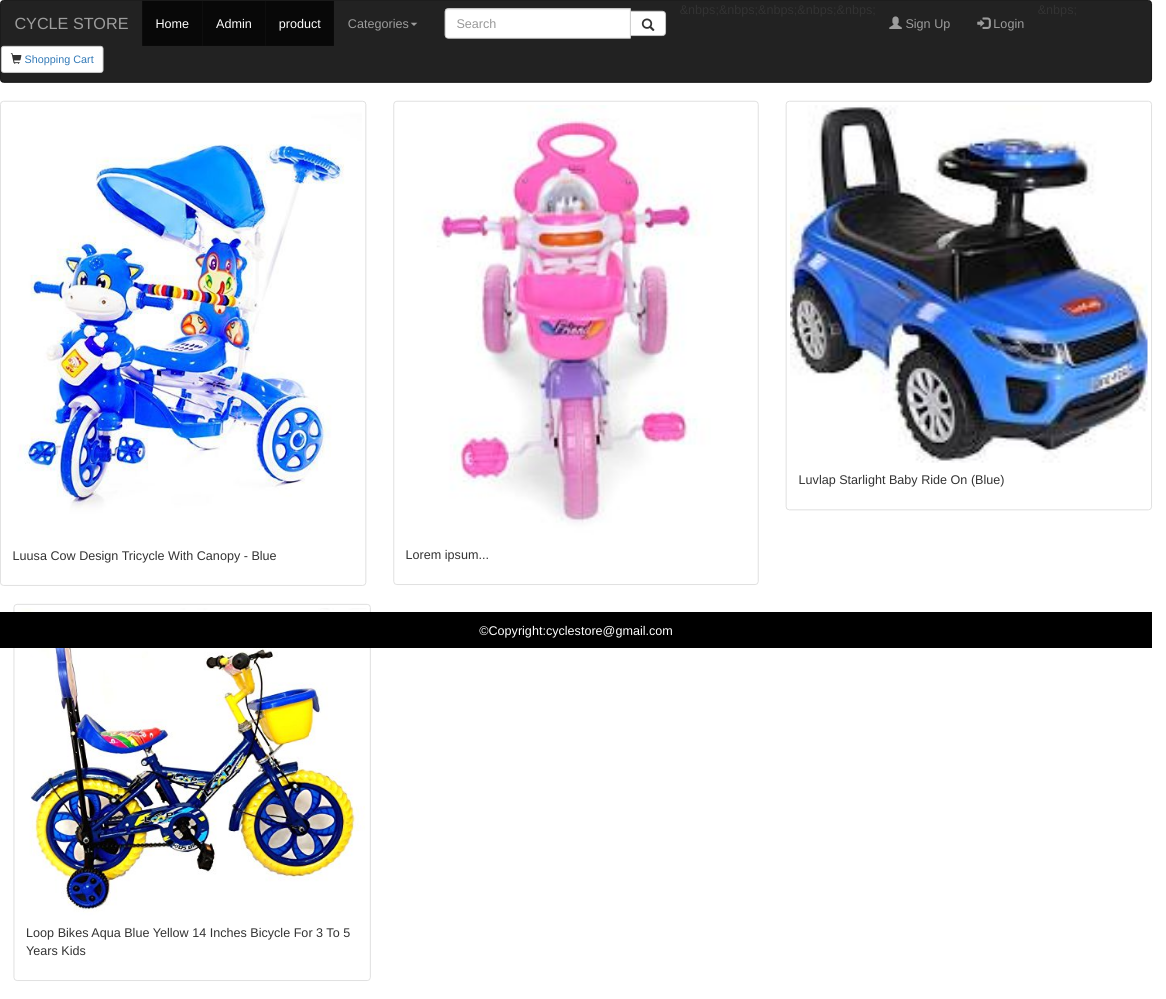
Repository: SumiyaSulaiman/project1
Page: http://localhost/cycle/baby.jsp
The author's editor kept a copy of each file at every save. The page is drawn from the files as they stood at one save, then again after the next save.
The browser window is 1280 px wide. The page is 1295 px wide, so the pictures cover 1295 px, including what lies to the right of the window. The pictures show the whole page, at 90% of full size.
Some web libraries are served in a nearby version. The page is served by Tomcat 9. Nobody is signed in. The application's start-up code is not run.

Above is the page before, as saved 2017-12-21 16:35:04.

After the next save:
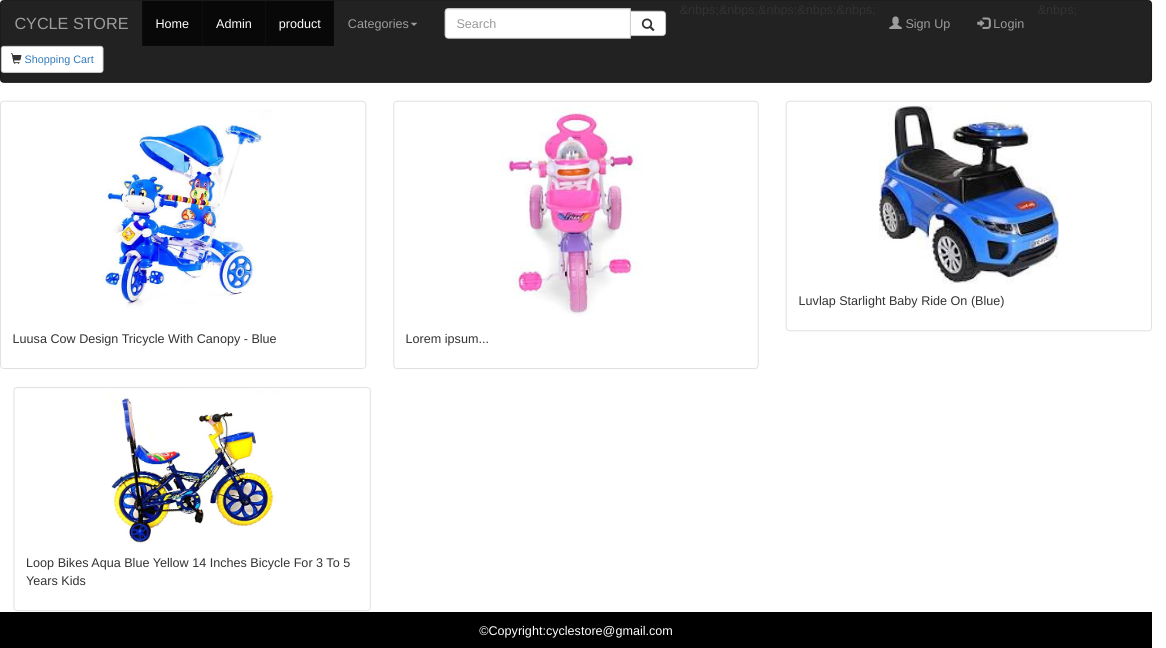
Saved 29 s later.
--- a/project/cycle/src/main/webapp/baby.jsp
+++ b/project/cycle/src/main/webapp/baby.jsp
@@ -7,7 +7,7 @@
 <style>
 
 .row.flex{display:inline-flex;  width:100%;}
-img{width:100%;}
+img{width:50%;}
 </style>
 </head>
 <body>
